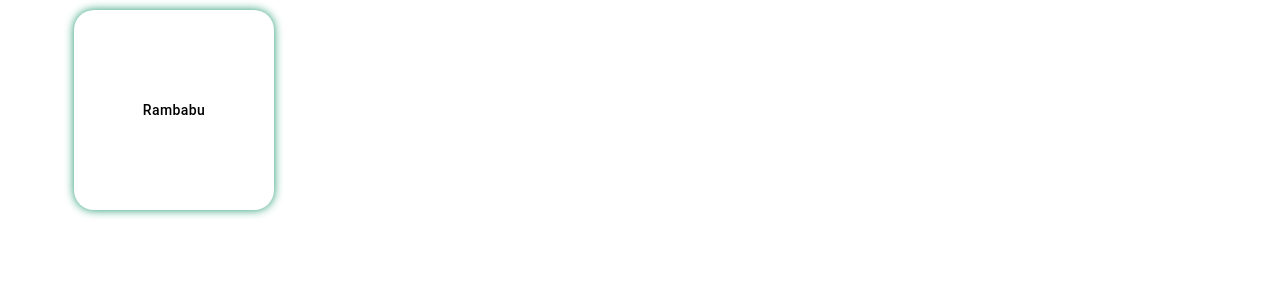
Repository: lokeshHappiest/reactjs-hm-template
Page: / (app in hm-react-template/)
The author's editor kept a copy of each file at every save. The page is drawn from the files as they stood at one save, then again after a run of saves.
The browser window is 1280 px wide. The pictures show the whole page.
The project was rebuilt for these pictures with package versions that can differ from the ones it lists, and the page was loaded fresh each time. Requests to the local data server were answered from the project's data file. Also part of the build but not shown: hm-react-template/src/styles/styles.js, hm-react-template/src/components/SButton.jsx.

Above is the page before, as saved 2021-12-23 18:20:17.

After the next 3 saves:
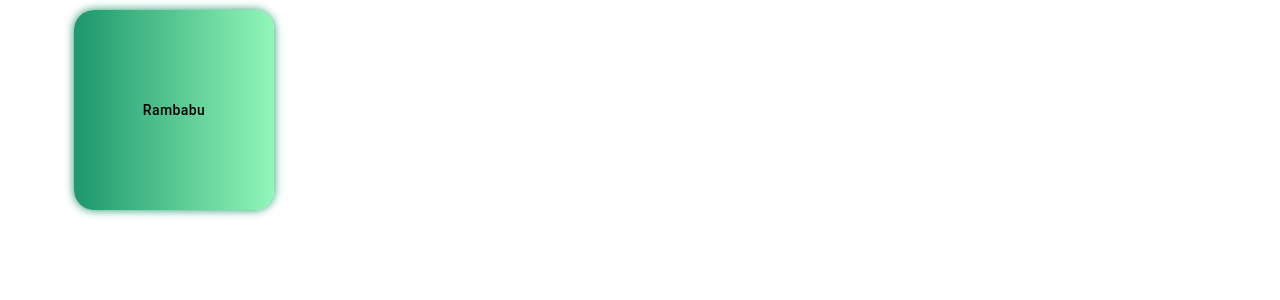
The 3 saves are shown as one change because 2 did not build or start.
The last was saved 18 s later.
--- a/hm-react-template/src/components/SCard.jsx
+++ b/hm-react-template/src/components/SCard.jsx
@@ -5,6 +5,8 @@ const StyledBox = styled(Button)({});
 
 const styles = {
   card: {
+    backgroundImage:
+      "linear-gradient(to right, #1D976C 0%, #93F9B9  51%, #1D976C  100%)",
     margin: "10px",
     p: 2,
     textTransform: "none",
